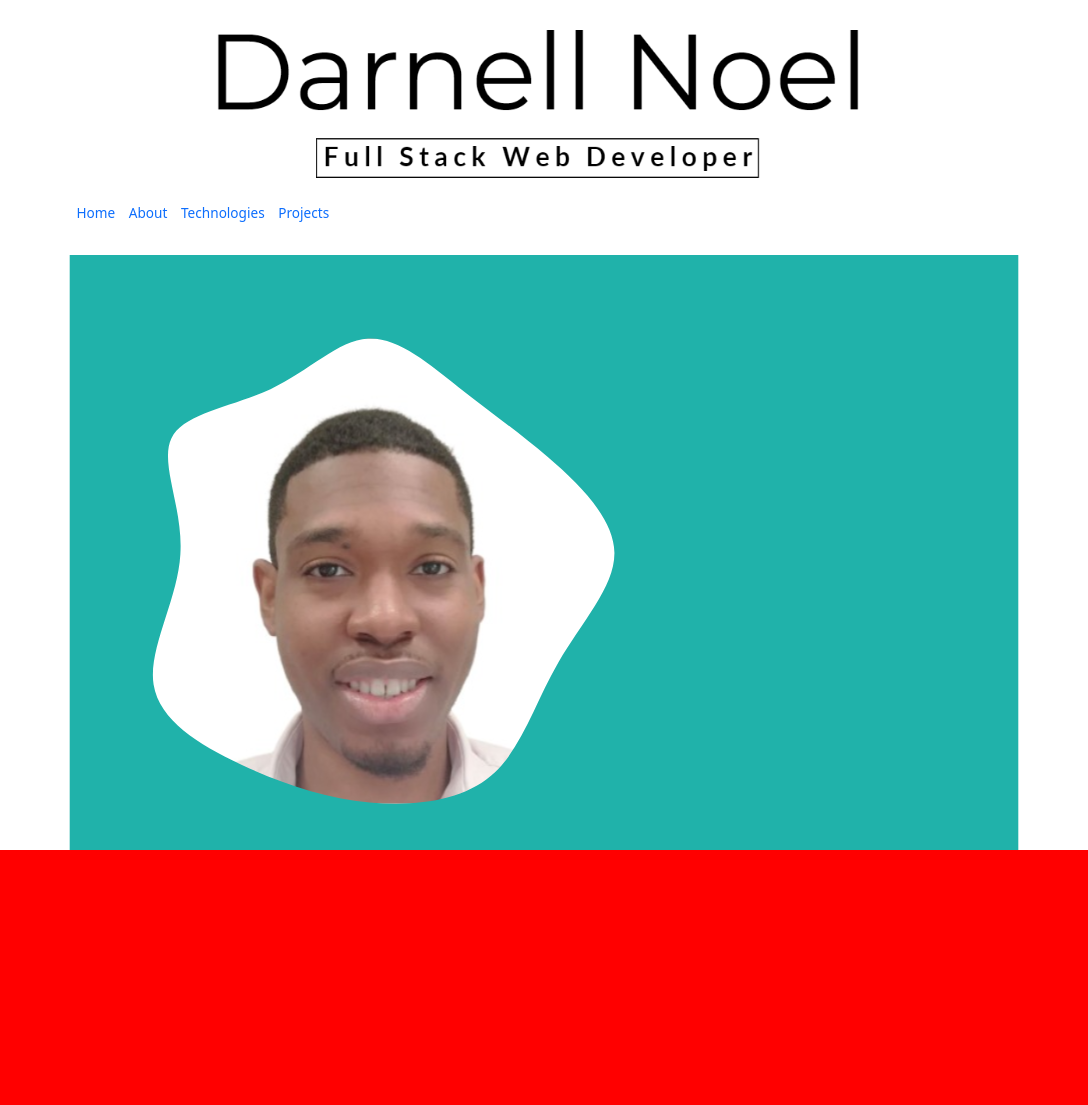
Repository: DNoel26/My_Dev_Portfolio
Page: index.html
An editor plug-in stored every save of this project. The page is shown before and after a run of saves, followed by the edit.
The browser window is 1280 px wide. The pictures show the whole page, at 85% of full size.

Above is the page before, as saved 2021-01-28 18:46:02.

### index.html
<!DOCTYPE html>
<html lang="en">
<head>
    <meta charset="UTF-8">
    <meta name="viewport" content="width=device-width, initial-scale=1.0">
    <title>Homepage | Darnell Noel | Professional Portfolio | Full Stack Web Development</title>
    <link href="https://cdn.jsdelivr.net/npm/bootstrap@5.0.0-beta1/dist/css/bootstrap.min.css" rel="stylesheet" integrity="sha384-giJF6kkoqNQ00vy+HMDP7azOuL0xtbfIcaT9wjKHr8RbDVddVHyTfAAsrekwKmP1" crossorigin="anonymous">
    <link rel="stylesheet" href="/css/style.css">
</head>
<body>
    <header>
        <div class="container">
            <nav class="navbar navbar-expand-md">
                <!--Logo-->
                <div class="logo">
                    <a href="/" class="navbar-brand logo-link"><img src="/img/Darnell Noel-logos_black.png" alt="Darnell Noel's Full Stack Web Development Logo for his portfolio" class="img-fluid logo-img"></a>
                </div>
            </nav>
            <nav class="navbar navbar-expand-md">
                <!--Nav Links-->
                <ul class="navbar-nav">
                    <li class="nav-item">
                        <a href="/" class="nav-link">Home</a>
                    </li>
                    <li class="nav-item">
                        <a href="#about" class="nav-link">About</a>
                    </li>
                    <li class="nav-item">
                        <a href="#technologies" class="nav-link">Technologies</a>
                    </li>
                    <li class="nav-item">
                        <a href="#projects" class="nav-link">Projects</a>
                    </li>
                </ul>
            </nav>
        </div>
    </header>
    <main>
        <div>
            <section class="container hero">
                <div class="mx-auto">
                    <!--<img src="/img/profile_pic.jpg" alt="Darnell Noel's profile pic" class="prof-pic svg-clip">-->
                    <svg viewBox="0 0 200 200" xmlns="http://www.w3.org/2000/svg">
                        <defs>
                            <pattern id="img-pattern" x="-0.15" y="0" width="1.15" height="1">
                                <image href="/img/profile_pic_white_bg.jpg"/>
                            </pattern>
                        </defs>
                        <path fill="url(#img-pattern)" d="M30.8,-55.5C40.8,-47.6,50.2,-41,60.8,-32C71.3,-23,82.9,-11.5,83.1,0.1C83.2,11.7,72,23.4,64.2,37.1C56.3,50.7,51.8,66.4,41.7,75C31.6,83.7,15.8,85.4,0.8,84C-14.1,82.5,-28.2,77.9,-42.1,71.4C-56.1,64.9,-69.9,56.6,-71.8,44.4C-73.7,32.2,-63.7,16.1,-62.8,0.6C-61.8,-15,-69.9,-30,-65.8,-38.4C-61.7,-46.9,-45.5,-48.8,-32.5,-54.9C-19.5,-61,-9.8,-71.3,0.3,-71.9C10.4,-72.4,20.9,-63.3,30.8,-55.5Z" transform="translate(100 100)" />

                        <!--<defs>
                            <clipPath id="svg-clip">
                                <path d="M45.8,-76.7C59.5,-71.3,70.9,-59.4,77.1,-45.6C83.2,-31.7,84.1,-15.8,84.8,0.4C85.4,16.6,85.9,33.2,78.2,44.4C70.5,55.6,54.6,61.4,40.2,65.7C25.9,70.1,12.9,72.9,-0.9,74.5C-14.7,76,-29.4,76.2,-41.2,70.4C-53,64.5,-61.8,52.7,-69.1,39.9C-76.3,27.2,-82,13.6,-82.4,-0.2C-82.7,-14,-77.7,-28,-69.4,-38.9C-61,-49.7,-49.4,-57.5,-37.2,-63.8C-25.1,-70,-12.6,-74.8,1.7,-77.8C16,-80.8,32,-82,45.8,-76.7Z" transform="translate(100 100)" />
                            </clipPath>
                        </defs>-->
                    </svg>
                </div>
            </section>
        </div>
    </main>
    <footer>
        <div class="container-fluid">

        </div>
    </footer>
    <script src="https://cdn.jsdelivr.net/npm/bootstrap@5.0.0-beta1/dist/js/bootstrap.bundle.min.js" integrity="sha384-ygbV9kiqUc6oa4msXn9868pTtWMgiQaeYH7/t7LECLbyPA2x65Kgf80OJFdroafW" crossorigin="anonymous"></script>
</body>
</html>

### css/style.css
header {
    /*height: 150px;
    background-color: blue;*/
}

header nav:first-child {
    height: 200px;
}

header nav:first-child a,
.logo {
    display: block;
}

header nav:last-child {
    height: 100px;
}

footer {
    background-color: red;
    height: 300px;
}

.logo {
    padding-top: 50px;
}

.hero > div:first-child {
    height: 700px;
    background-color: lightseagreen;
}

.prof-pic.svg-clip {
    height: 100%;
    -webkit-clip-path: url(#svg-clip);
    clip-path: url(#svg-clip);
}

svg,
svg image {
    height: 100%;
    width: auto;
}

After the next 2 saves:
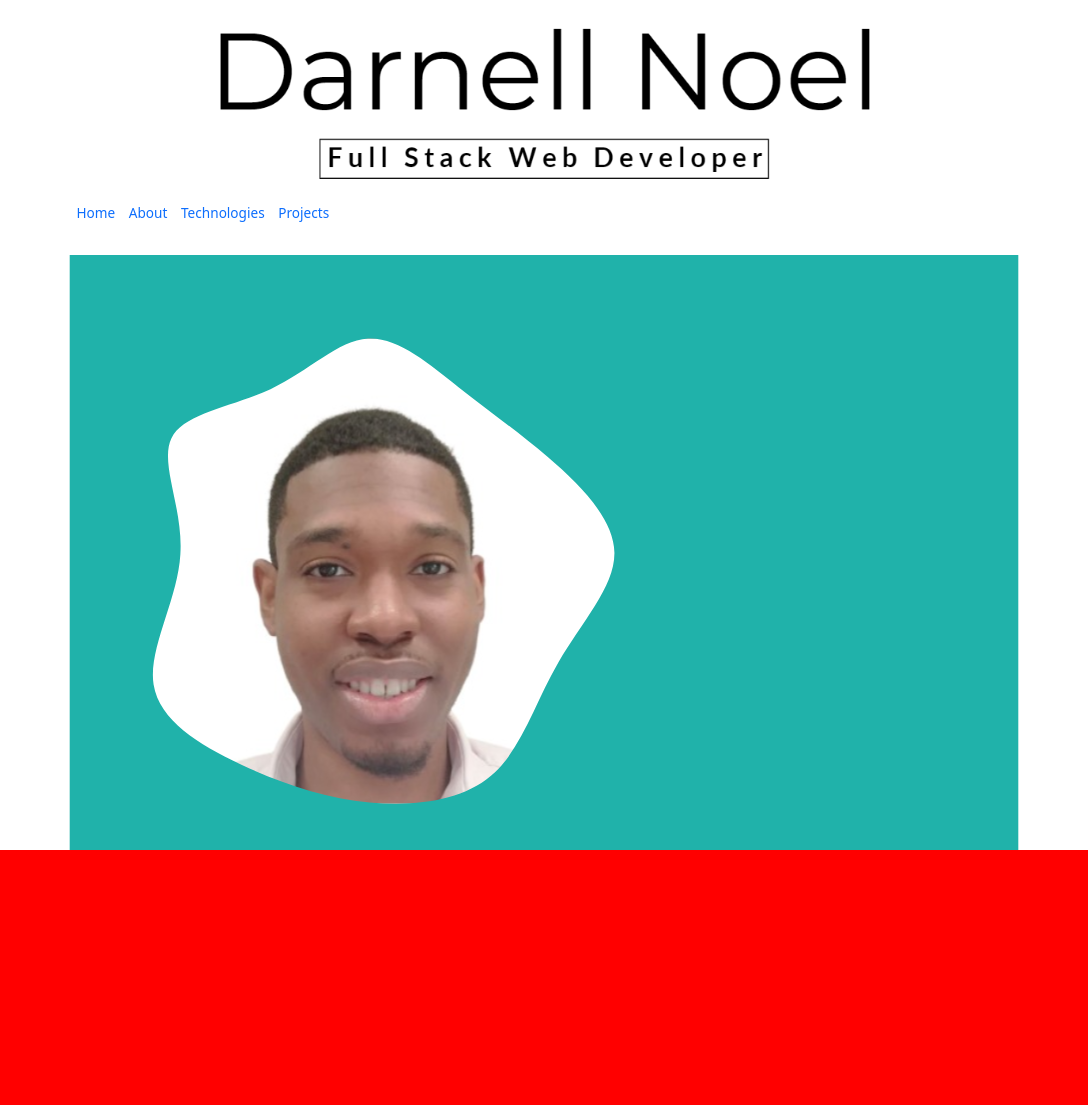
The 2 saves are shown as one change because they came seconds apart.
The last was saved 11 s later.
--- a/css/style.css
+++ b/css/style.css
@@ -5,11 +5,6 @@ header {
 
 header nav:first-child {
     height: 200px;
-}
-
-header nav:first-child a,
-.logo {
-    display: block;
 }
 
 header nav:last-child {
